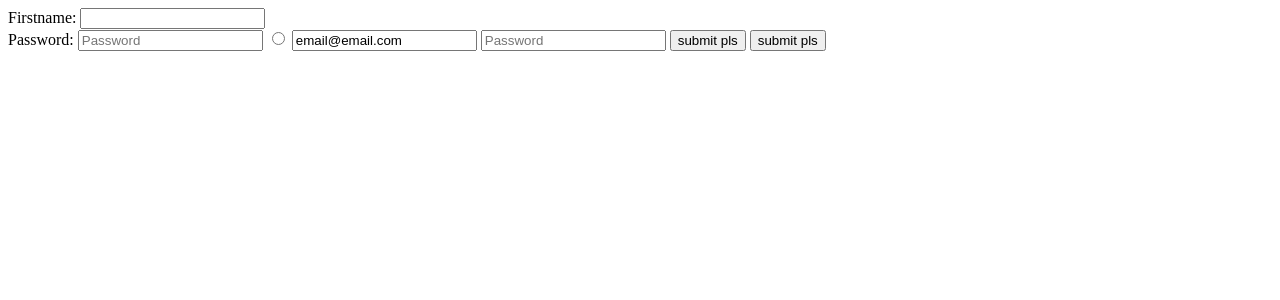
Repository: Tranghii/HTML-CSS
Page: HTML&CSS/form.html
An editor plug-in stored every save of this project. The page is shown before and after a run of saves, followed by the edit.
The browser window is 1280 px wide. The pictures show the whole page.

Above is the page before, as saved 2025-10-11 17:05:02.

### HTML&CSS/form.html
<!DOCTYPE html>
<html lang="en">
<head>
    <meta charset="UTF-8">
    <meta name="viewport" content="width=device-width, initial-scale=1.0">
    <title>FORM</title>
</head>
<body>
    <form action="">
        <label for="">Firstname:</label>
        <input type="text" name="name" id="name">
        <br>
        <label for="">Password:</label>
        <input type="Password" name="pass" id="pass" placeholder="Password">
        <input type="radio" name="gender" id="gender" placeholder="gender">

        <input type="email" name="email" id="email" value="email@email.com" placeholder="email">
        <input type="Password" name="pass" id="pass" placeholder="Password">
   <input type="submit" value="submit pls" >
   <input type="submit" value="submit pls" >


    </form>
</body>
</html>

After the next 3 saves:
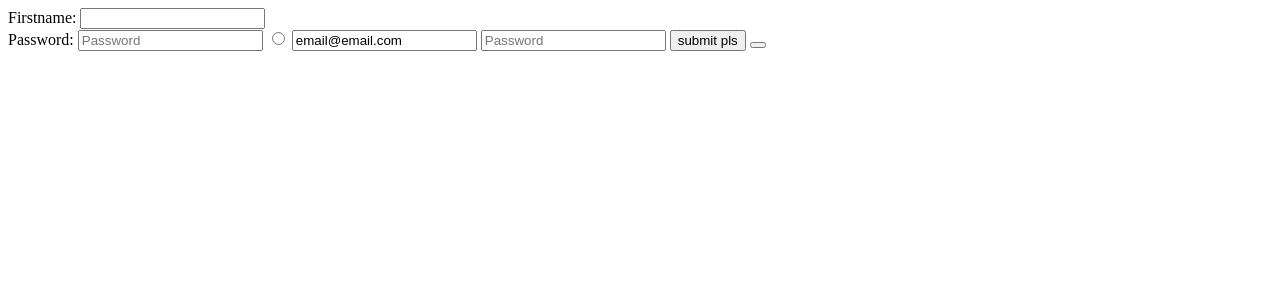
The 3 saves are shown as one change because they came seconds apart.
The last was saved 9 s later.
--- a/HTML&CSS/form.html
+++ b/HTML&CSS/form.html
@@ -17,7 +17,7 @@
         <input type="email" name="email" id="email" value="email@email.com" placeholder="email">
         <input type="Password" name="pass" id="pass" placeholder="Password">
    <input type="submit" value="submit pls" >
-   <input type="submit" value="submit pls" >
+   <button type="submit" value="submit pls" ></button>
 
 
     </form>
